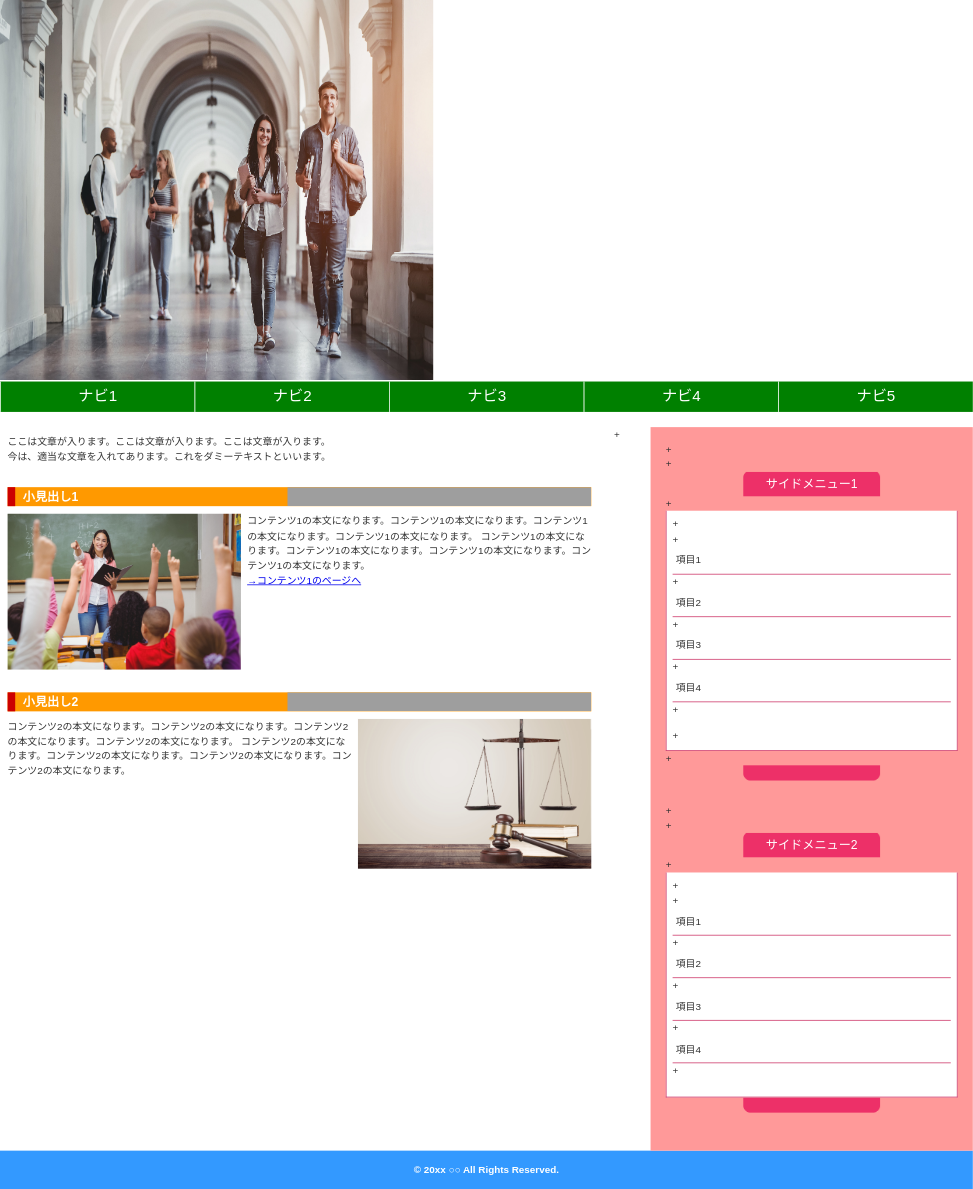
Repository: ondakoichi/samurai_HTML-CSS
Page: HTML/home.html
The author's editor kept a record of every edit. The page is drawn from the files as they stood at one moment, then again after the next edit.
The browser window is 1280 px wide. The pictures show the whole page, at 76% of full size.
Pictures or frames that could not be fetched are drawn as grey boxes.

Above is the page before.

After the next edit:
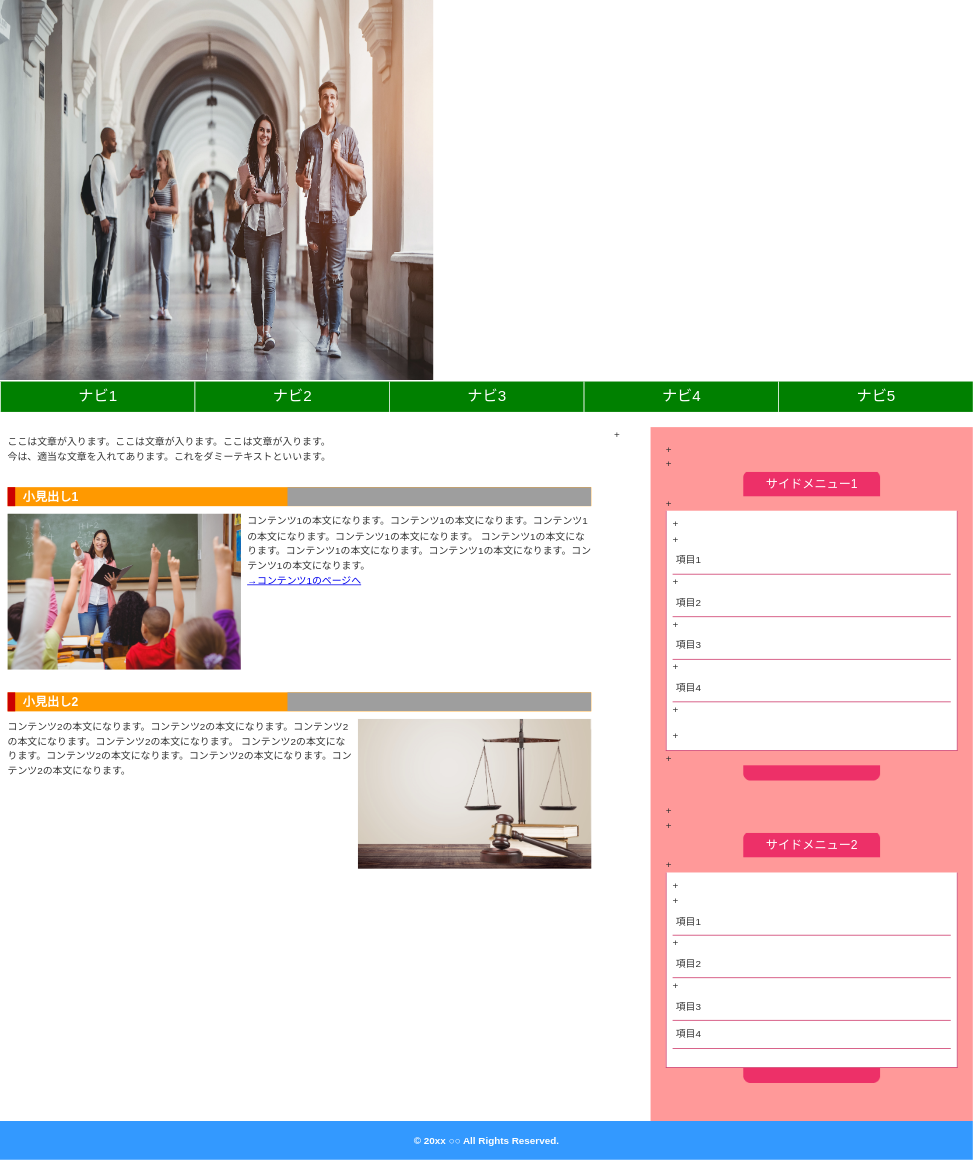
The edit:
--- a/HTML/home.html
+++ b/HTML/home.html
@@ -68,8 +68,8 @@
 +                                <li>項目1</li>
 +                                <li>項目2</li>
 +                                <li>項目3</li>
-+                                <li>項目4</li>
-+                            </ul>
+                                <li>項目4</li>
+                            </ul>
                         </div>
                     </div>
                </div>
